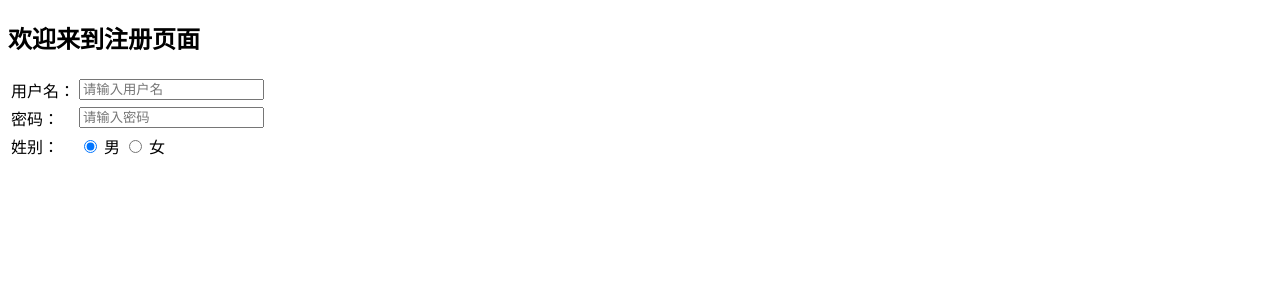
Repository: WKYQAQ/LX
Page: day02_form.html
These files come from the project's save history. The page is drawn as it stood at one moment and after the next save; the edit follows.
The browser window is 1280 px wide. The pictures show the whole page.

Above is the page before, as saved 2020-07-22 11:48:26.

After the next save:
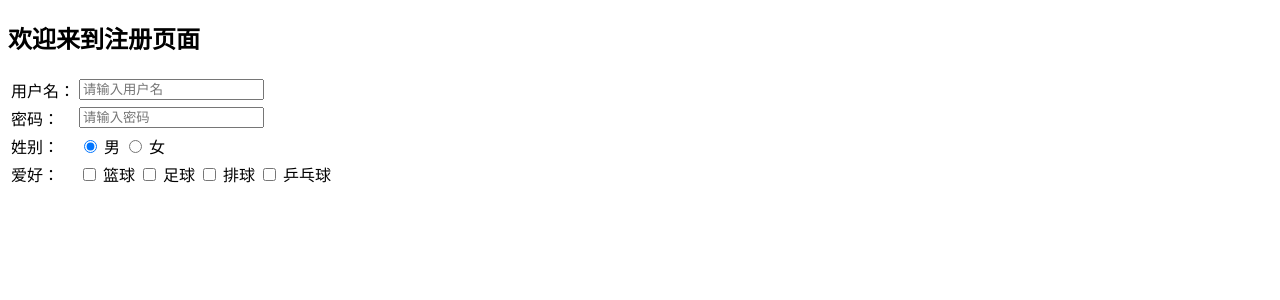
Saved 2 min 31 s later.
--- a/day02_form.html
+++ b/day02_form.html
@@ -25,6 +25,15 @@
                     <input type="radio" name="sex" value="male"/> 女
                 </td>
             </tr>
+            <tr>
+                <td>爱好：</td>
+                <td>
+                    <input type="checkbox" name="like" value="1"/> 篮球
+                    <input type="checkbox" name="like" value="2"/> 足球
+                    <input type="checkbox" name="like" value="3"/> 排球
+                    <input type="checkbox" name="like" value="4"/> 乒乓球
+                </td>
+            </tr>
         </table>
     </form>
 </body>
